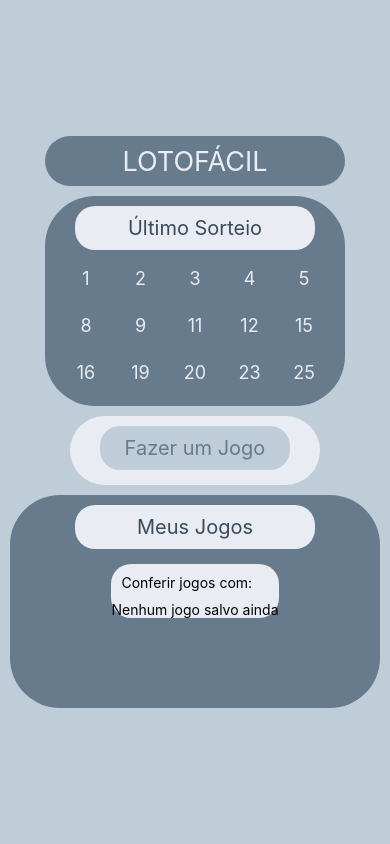
Repository: Deyvid-Kasteh/LotofacilApp
Screen: /
These files come from the project's save history. The screen is drawn as it stood at one moment and after a run of saves; the edit follows.
The app was drawn by React Native's web renderer in a window 390 px wide. The project was rebuilt for these pictures with package versions that can differ from the ones it lists, and the page was loaded fresh each time. Also part of the build but not shown: Bolhas.js, components/Resultado.js, components/Jogo.js, paginaTESTE.js, paginaTESTE2.js, SeuComponentePai.js, components/ResultadoTexte2.js.

Above is the screen before, as saved 2023-12-02 23:24:10.

### App.js
import { StatusBar } from 'expo-status-bar';
import { Text, View } from 'react-native';
import MainPage from './pages/MainPage';

export default function App() {
  return (
    <MainPage/>
  );
}

### pages/MainPage.js
import { View, Text } from 'react-native'
import React from 'react'
import { StatusBar } from "expo-status-bar";
import Resultado from '../components/Resultado';
import PaginaTesteee from '../paginaTESTE';
import Teste2pagina from '../paginaTESTE2';
import SeuComponentePai from '../SeuComponentePai';
import ResultadoTexte from '../components/ResultadoTexte';
import ResultadoTexte2 from '../components/ResultadoTexte2';
import MostrarJogosSalvos from '../components/MostrarJogosSalvos';
import ResultadoTexteParaFazerCorreções from '../paginaTESTE';


const MainPage = () => {
  return (
    <View
      style={{
        flex: 1,
        alignItems: "center",
        justifyContent: "flex-start",
        backgroundColor: "#BFCDD9",
      }}
    >
      <StatusBar style="auto" />
      {/* <Text>Lotofácil</Text> */}
      {/* <Resultado /> */}
      {/* <PaginaTesteee /> */}
      {/* <Teste2pagina/> */}
      {/* <SeuComponentePai/> */}
      <ResultadoTexte />
      {/* <ResultadoTexte2/> */}
      {/* <MostrarJogosSalvos /> */}
      {/* <ResultadoTexteParaFazerCorreções/> */}
    </View>
  );
}

export default MainPage

### components/ResultadoTexte.js
import { View, Text, TouchableOpacity } from "react-native";
import React, { useState } from "react";
import AsyncStorage from "@react-native-async-storage/async-storage";

import Bubble from "./Bubble";
import latestJson from "../Latest.json";
import Bolhas from "../Bolhas";
import Jogo from "./Jogo";
import MostrarJogosSalvos from "./MostrarJogosSalvos";

// Defina constantes para cores
const backgroundColor1 = "#687B8C";
const backgroundColor2 = "#394A59";
const backgroundColor3 = "#E9ECF2";

const bolhasContainerStyle = {
  flexWrap: "wrap",
  flexDirection: "row",
  alignContent: "center",
  justifyContent: "space-evenly",
};
const ResultadoTexte = () => {
  const [viewHeight, setViewHeight] = useState(50);
  const toggleHeight = () => {
    const newHeight = viewHeight === 50 ? 200 : 50;
    setViewHeight(newHeight);
    console.log("mudou");
  };

  const [alturaView1, setAlturaView1] = useState(200);
  const toggleAltura = () => {
    const novaAltura = alturaView1 === 200 ? 50 : 200;
    setAlturaView1(novaAltura);
  };

  const [alturaView3, setAlturaView3] = useState(200);
  const toggleAlturaView3 = () => {
    const novaAlturaView3 = alturaView3 === 200 ? 50 : 200;
    setAlturaView3(novaAlturaView3);
  };

  const dezenas = latestJson.Dezenas;

  const renderFazerJogo = () => {
    const [chosenNumbers, setChosenNumbers] = useState([]);
    const bolhasSelecionadas = chosenNumbers.length;
    const onSaveJogoPress = async () => {
      if (bolhasSelecionadas === 15) {
        try {
          // Recupera os jogos já salvos (se existirem)
          const jogosSalvosJSON = await AsyncStorage.getItem("meusJogos");
          const jogosSalvos = jogosSalvosJSON
            ? JSON.parse(jogosSalvosJSON)
            : [];

          // Cria um objeto representando o jogo atual
          const jogoAtual = {
            numerosSelecionados: chosenNumbers,
            data: new Date().toLocaleString(),
          };

          // Adiciona o jogo atual à lista de jogos
          jogosSalvos.push(jogoAtual);

          // Salva a lista atualizada de jogos no AsyncStorage
          await AsyncStorage.setItem("meusJogos", JSON.stringify(jogosSalvos));

          console.log("Jogo salvo!");
          // Limpa os números escolhidos após salvar o jogo
          setChosenNumbers([]);
        } catch (error) {
          console.error("Erro ao salvar o jogo:", error);
        }
      } else {
        console.log("Selecione exatamente 15 números para salvar o jogo.");
      }
    };
    const handleBolhaPress = (numero) => {
      if (chosenNumbers.includes(numero)) {
        setChosenNumbers(chosenNumbers.filter((num) => num !== numero));
      } else {
        if (bolhasSelecionadas < 15) {
          setChosenNumbers([...chosenNumbers, numero]);
        }
      }
    };
    const dezenasParaEscolher = Array.from({ length: 25 }, (_, i) => i + 1);

    if (viewHeight === 50) {
      return null;
    } else {
      return (
        <View style={{ justifyContent: "center", alignItems: "center" }}>
          <View style={{}}>
            <Text
              style={{
                color: backgroundColor3,
                fontSize: 16,
              }}
            >
              Escolha 15 números
            </Text>
          </View>
          <View style={bolhasContainerStyle}>
            {dezenasParaEscolher.map((numero, index) => (
              <Bolhas
                key={index}
                numero={numero}
                choose={chosenNumbers.includes(numero)}
                onPress={() => handleBolhaPress(numero)}
              />
            ))}
          </View>
          <View key="números" style={{}}>
            <Text
              style={{
                color: backgroundColor3,
                fontSize: 16,
              }}
            >
              {bolhasSelecionadas} números selecionados
            </Text>
            <TouchableOpacity onPress={onSaveJogoPress}>
              <Text
                style={{
                  color: bolhasSelecionadas === 15 ? "green" : backgroundColor3,
                }}
              >
                SALVAR JOGO
              </Text>
            </TouchableOpacity>
            {/* <TouchableOpacity onPress={onDeleteJogosPress}>
              <Text style={{ color: "red" }}>DELETAR JOGOS</Text>
            </TouchableOpacity> */}
          </View>
        </View>
      );
    }
  };

  const renderConferirJogos = () => {
    if (alturaView3 === 50) {
      return null; // Retorna null se a altura for 50
    } else {
      return (
        <View style={bolhasContainerStyle}>
          <MostrarJogosSalvos />
        </View>
      );
    }
  };

  return (
    <View
      style={{
        flex: 1,
        justifyContent: "center",
        alignItems: "center",
      }}
    >
      <View
        style={{
          width: 300,
          height: 50,
          borderRadius: 50,
          alignItems: "center",
          justifyContent: "center",
          elevation: 2,
          backgroundColor: backgroundColor1,
          marginBottom: 10,
        }}
      >
        <Text
          style={{
            color: backgroundColor3,
            fontSize: 27,
          }}
        >
          LOTOFÁCIL
        </Text>
      </View>

      <View
        key="1"
        style={[
          {
            width: 300,
            padding: 10,
            borderRadius: 50,
            alignItems: "center",
            elevation: 2,
            backgroundColor: backgroundColor1,
            marginBottom: 10,
          },
          alturaView1 === 50
            ? { width: 250, backgroundColor: "#E9ECF2" }
            : { width: 300, backgroundColor: "#687B8C" },
        ]}
      >
        <TouchableOpacity
          style={[
            {
              width: 240,
              backgroundColor: backgroundColor3,
              elevation: 5,
              justifyContent: "center",
              alignItems: "center",
              padding: 10,
              borderRadius: 20,
              marginBottom: 5,
            },
            alturaView1 === 50
              ? { width: 190, backgroundColor: "#BFCDD9" }
              : { width: 240, backgroundColor: "#E9ECF2" },
          ]}
          onPress={() => toggleAltura()}
        >
          <Text
            style={{
              fontSize: 20,
              color: alturaView1 === 50 ? backgroundColor1 : backgroundColor2,
            }}
          >
            Último Sorteio
          </Text>
        </TouchableOpacity>

        {alturaView1 === 200 && (
          <View style={bolhasContainerStyle}>
            {dezenas.map((numero, index) => (
              <Bubble key={index} numero={numero} />
            ))}
          </View>
        )}
      </View>

      <View
        key="2"
        style={[
          {
            width: 300,
            padding: 10,
            borderRadius: 50,
            alignItems: "center",
            elevation: 2,
            marginBottom: 10,
          },
          viewHeight === 50
            ? { width: 250, backgroundColor: "#E9ECF2" }
            : { width: 300, backgroundColor: "#687B8C" },
        ]}
      >
        <TouchableOpacity
          style={[
            {
              width: 240,
              elevation: 5,
              justifyContent: "center",
              alignItems: "center",
              padding: 10,
              borderRadius: 20,
              marginBottom: 5,
            },
            viewHeight === 50
              ? { width: 190, backgroundColor: "#BFCDD9" }
              : { width: 240, backgroundColor: "#E9ECF2" },
          ]}
          onPress={() => toggleHeight()}
        >
          <Text
            style={{
              fontSize: 20,
              color: viewHeight === 50 ? backgroundColor1 : backgroundColor2,
            }}
          >
            Fazer um Jogo
          </Text>
        </TouchableOpacity>
        {renderFazerJogo()}
      </View>
      <View
        key="3"
        style={[
          {
            width: 300,
            padding: 10,
            borderRadius: 50,
            alignItems: "center",
            elevation: 2,
          },
          alturaView3 === 50
            ? { width: 250, backgroundColor: "#E9ECF2" }
            : { width: 370, backgroundColor: "#687B8C" },
        ]}
      >
        <TouchableOpacity
          style={[
            {
              width: 240,
              elevation: 5,
              justifyContent: "center",
              alignItems: "center",
              padding: 10,
              borderRadius: 20,
              marginBottom: 5,
            },
            alturaView3 === 50
              ? { width: 190, backgroundColor: "#BFCDD9" }
              : { width: 240, backgroundColor: "#E9ECF2" },
          ]}
          onPress={() => toggleAlturaView3()}
        >
          <Text
            style={{
              fontSize: 20,
              color: alturaView3 === 50 ? backgroundColor1 : backgroundColor2,
            }}
          >
            Meus Jogos
          </Text>
        </TouchableOpacity>
        {renderConferirJogos()}
        {/* <MostrarJogosSalvos/> */}
      </View>
    </View>
  );
};

export default ResultadoTexte;

### components/MostrarJogosSalvos.js
import React, { useState, useEffect } from "react";
import { View, Text, TouchableOpacity } from "react-native";
import AsyncStorage from "@react-native-async-storage/async-storage";
import Jogo from "./Jogo";
import * as Cores from "../assets/Cores";


const MostrarJogosSalvos = () => {
  const [jogosSalvos, setJogosSalvos] = useState([]);

  // Adicione a função saveJogos
  const saveJogos = async (jogos) => {
    try {
      await AsyncStorage.setItem("meusJogos", JSON.stringify(jogos));
    } catch (error) {
      console.error("Erro ao salvar jogos:", error);
    }
  };

  const handleDelete = async (index) => {
    try {
      const jogosAtualizados = [...jogosSalvos];
      jogosAtualizados.splice(index, 1);

      await saveJogos(jogosAtualizados);

      setJogosSalvos(jogosAtualizados);
    } catch (error) {
      console.error("Erro ao deletar jogo:", error);
    }
  };

  useEffect(() => {
    const carregarJogosSalvos = async () => {
      try {
        const jogosSalvosJSON = await AsyncStorage.getItem("meusJogos");
        const jogosSalvos = jogosSalvosJSON ? JSON.parse(jogosSalvosJSON) : [];
        setJogosSalvos(jogosSalvos);
      } catch (error) {
        console.error("Erro ao carregar jogos salvos:", error);
      }
    };

    carregarJogosSalvos();
  }, []);

  return (
    <View
      style={{
        borderRadius: 20,
        backgroundColor: Cores.cor1,
        marginTop: 10,
        marginBottom: 80,
      }}
    >
      <View
        style={{
          margin: 10,
        }}
      >
        <Text>Conferir jogos com:</Text>
      </View>
      {jogosSalvos.length === 0 ? (
        <Text>Nenhum jogo salvo ainda</Text>
      ) : (
        jogosSalvos.map((jogo, index) => (
          <Jogo
            key={index}
            numerosSelecionados={jogo.numerosSelecionados}
            onDelete={() => handleDelete(index)}
          />
        ))
      )}
    </View>
  );
};

export default MostrarJogosSalvos;

### components/Bubble.js
import { View, Text } from "react-native";
import React from "react";

const Bubble = (props) => {
  if (props.choose) {console.log(props.choose)}
  return (
    <View
      style={[
        {
          width: 35,
          height: 35,
          // backgroundColor: "#394A59",
          // backgroundColor: "#687B8C",

          borderRadius: 50,
          alignContent: "center",
          justifyContent: "center",
          alignItems: "center",
          margin: 6,
          // elevation: 5,
          opacity: 1,
        },
        props.choose
          ? { backgroundColor: "#394A59" }
          : { backgroundColor: "#687B8C" },
      ]}
    >
      <Text
        style={{
          color: "#E9ECF2",
          fontSize: 18,
        }}
      >
        {props.numero}
      </Text>
    </View>
  );
};

export default Bubble;

### Latest.json
{
  "concurso": 2960,
  "Data Sorteio": "22/11/2023",
  "Dezenas": [
    1,
    2,
    3,
    4,
    5,
    8,
    9,
    11,
    12,
    15,
    16,
    19,
    20,
    23,
    25
  ],
  "Ganhadores 15 acertos": 3,
  "Cidade / UF": "BRASILIA/DF; JARAGUA/GO; IPATINGA/MG",
  "Premio 15 Acertos": "R$1.639.439,24",
  "Ganhadores 14 Acertos": 433,
  "Premio 14 Acertos": "R$1.732,84",
  "Ganhadores 13 Acertos": 13831,
  "Premio 13 Acertos": "R$30,00",
  "Ganhadores 12 Acertos": 163567,
  "Premio 12 Acertos": "R$12,00",
  "Ganhadores 11 Acertos": 882304,
  "Premio 11 Acertos": "R$6,00"
}

### assets/Cores.js
export const cor1 = "#E9ECF2"; // Cor mais clara
export const cor2 = "#BFCDD9";
export const cor3 = "#95ACBF";
export const cor4 = "#687B8C";
export const cor5 = "#394A59"; // Cor mais escura

After the next 4 saves:
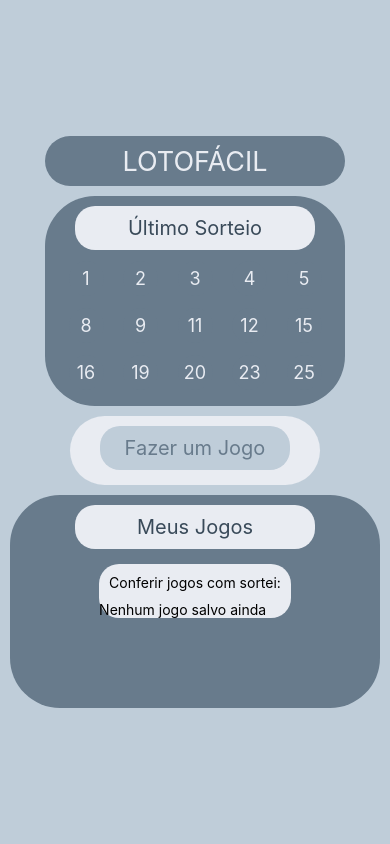
The 4 saves are shown as one change because they came seconds apart.
The last was saved 98 s later.
--- a/components/MostrarJogosSalvos.js
+++ b/components/MostrarJogosSalvos.js
@@ -58,7 +58,7 @@
           margin: 10,
         }}
       >
-        <Text>Conferir jogos com:</Text>
+        <Text>Conferir jogos com sortei:</Text>
       </View>
       {jogosSalvos.length === 0 ? (
         <Text>Nenhum jogo salvo ainda</Text>
